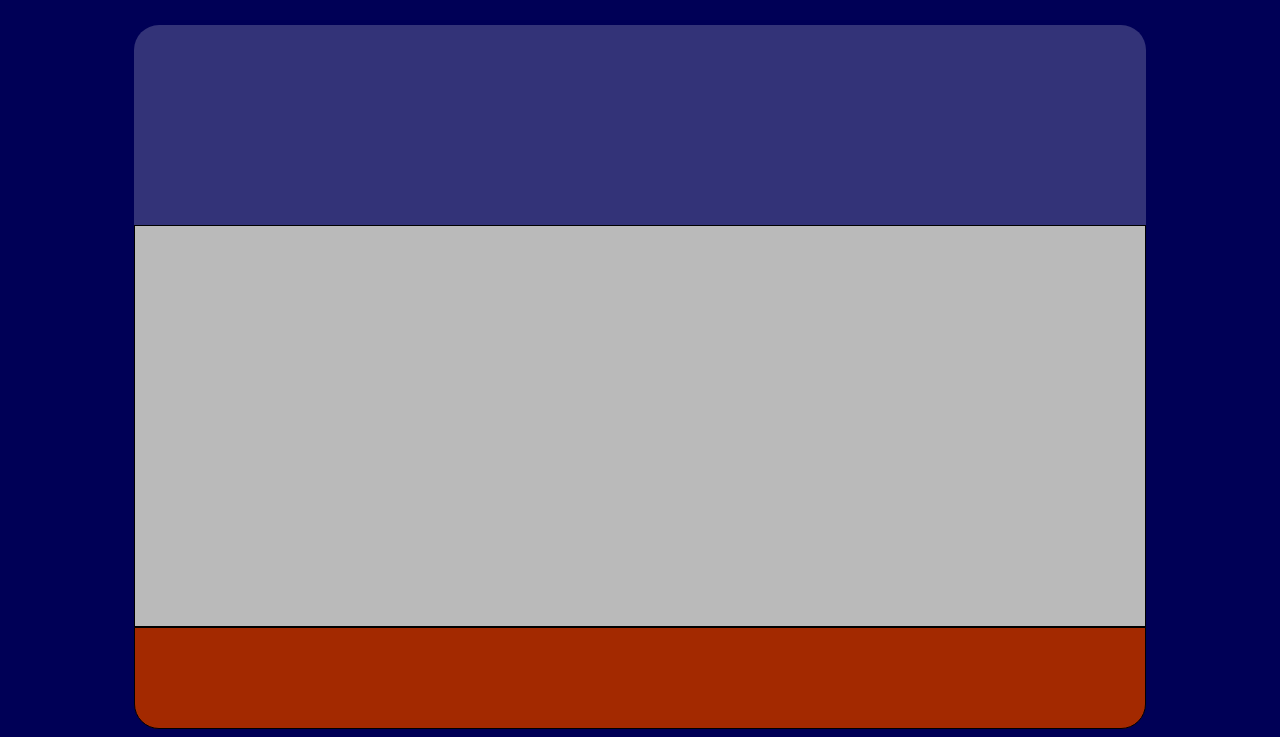
Repository: robvollmar/homework2
Page: index.html
The author's editor kept a record of every edit. The page is drawn from the files as they stood at one moment, then again after the next edit.
The browser window is 1280 px wide. The pictures show the whole page.

Above is the page before.

### index.html
<!DOCTYPE html>
<html>
<head>
    <link type="text/css" rel="stylesheet" href="stylesheet.css"/>
    <title>The Rob Vollmar Pre-Memorial Page</title>
</head>
    <body>
        <div class="header">

        </div>
        <div class="middle">
            <div class="menu">

            </div>
            <div class="body">

            </div>

        </div>
        <div class="footer">

        </div>
    </body>
</html>

### stylesheet.css
html
{
    background-color: #000056;
}

.header {
    background-color: #333378;
    border: 2px;
    border-top-left-radius: 25px;
    border-top-right-radius: 25px;
    height: 200px;
    margin-top: 25px;
    margin-left: 10%;
    margin-right: 10%;
    }

.middle {
    background-color: #bababa;
    border: 1px solid;
    height: 400px;
    margin-left: 10%;
    margin-right: 10%;
    }

.footer {
    background-color: #A32900;
    border: 1px solid;
    border-bottom-left-radius: 25px;
    border-bottom-right-radius: 25px;
    height: 100px;
    margin-left: 10%;
    margin-right: 10%;

}

After the next edit:
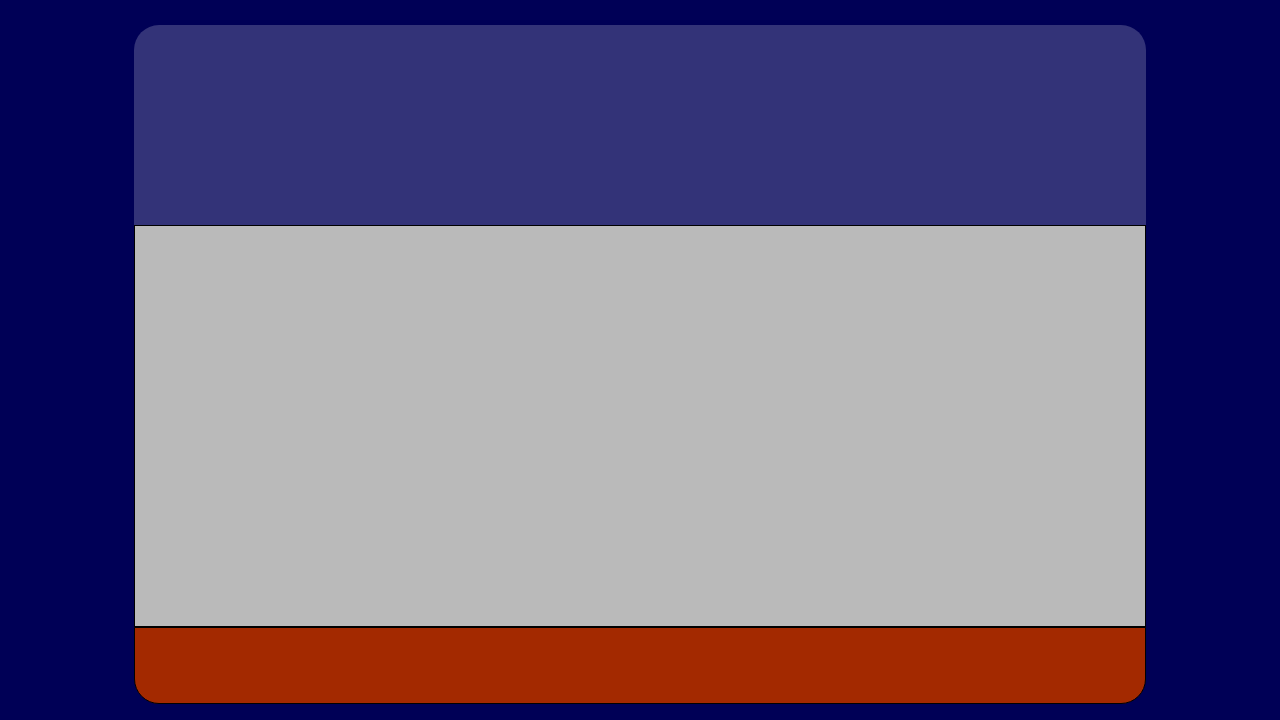
The edit:
--- a/stylesheet.css
+++ b/stylesheet.css
@@ -27,7 +27,7 @@
     border: 1px solid;
     border-bottom-left-radius: 25px;
     border-bottom-right-radius: 25px;
-    height: 100px;
+    height: 75px;
     margin-left: 10%;
     margin-right: 10%;
 
